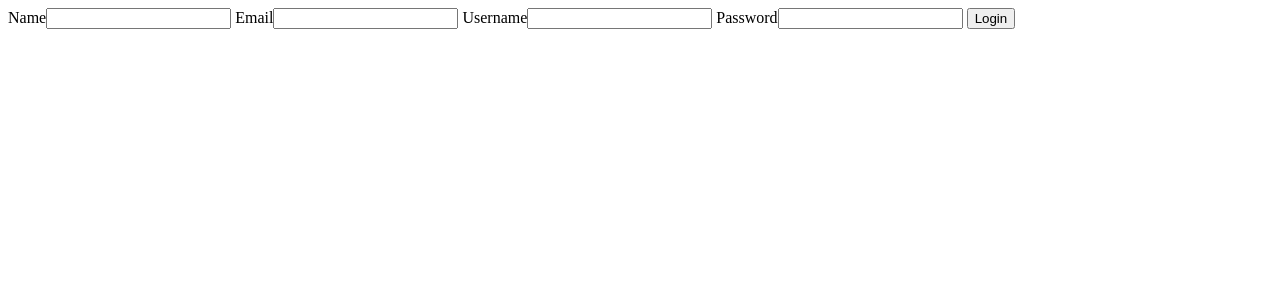
Repository: Strangeryoga/JSHS
Page: Servlet2/Form/src/main/webapp/new.html
An editor plug-in stored every save of this project. The page is shown before and after the next save, followed by the edit.
The browser window is 1280 px wide. The pictures show the whole page.

Above is the page before, as saved 2023-06-07 05:42:04.

After the next save:
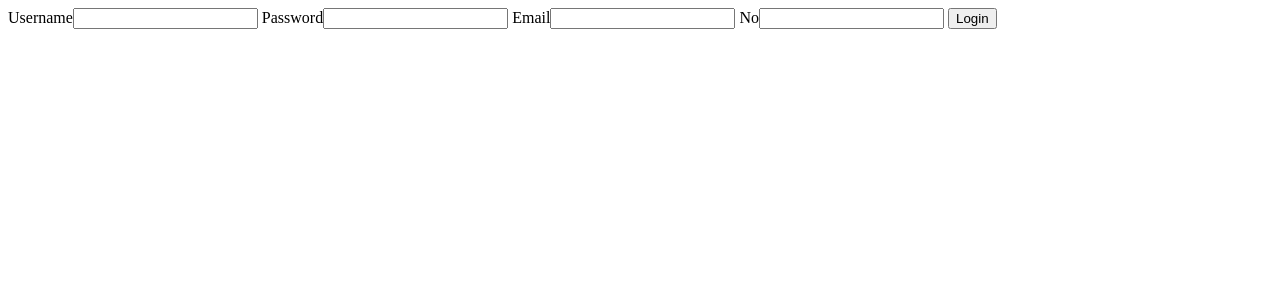
Saved 11 h 41 min later.
--- a/Servlet2/Form/src/main/webapp/new.html
+++ b/Servlet2/Form/src/main/webapp/new.html
@@ -7,10 +7,11 @@
 <body>
 
 <form action="su" method="get">
-Name<input type="text" name="nm">
-Email<input type="text" name="em">
+
 Username<input type="text" name="us">
-Password<input type="text" name="ps">
+Password<input type="password" name="ps">
+Email<input type="email" name="em">
+No<input type="number" name="no">
 <button>Login</button>
 </form>
 
